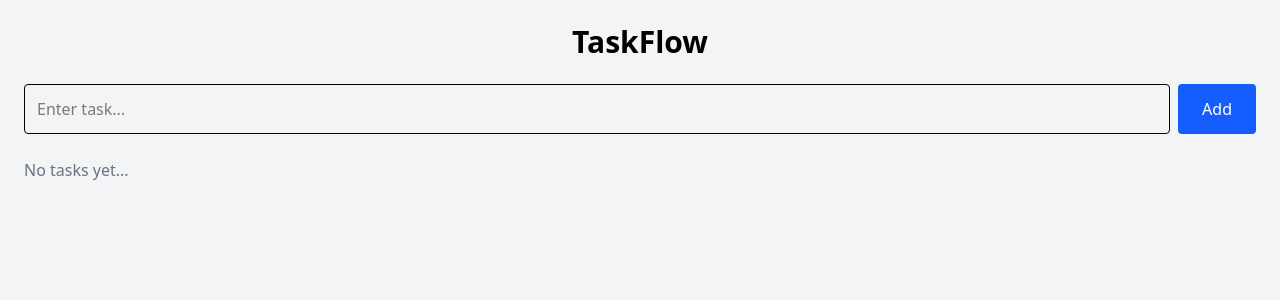
Repository: Manny1294/Taskflow
Page: /
An editor plug-in stored every save of this project. The page is shown before and after the next save, followed by the edit.
The browser window is 1280 px wide. The pictures show the whole page.
The project was rebuilt for these pictures with package versions that can differ from the ones it lists, and the page was loaded fresh each time. Also part of the build but not shown: vite.config.js, src/components/TaskItem.jsx.

Above is the page before, as saved 2026-02-11 07:07:08.

### index.html
<!doctype html>
<html lang="en">
  <head>
    <meta charset="UTF-8" />
    <link rel="icon" type="image/svg+xml" href="/vite.svg" />
    <meta name="viewport" content="width=device-width, initial-scale=1.0" />
    <title>taskflow</title>
  </head>
  <body>
    <div id="root"></div>
    <script type="module" src="/src/main.jsx"></script>
  </body>
</html>

### src/App.jsx
import { useState } from "react";
import TaskForm from "./components/TaskForm";
import TaskList from "./components/TaskList";

function App() {
  const [tasks, setTasks] = useState([]);

  // add task
  function addTask(title) {
    const newTask = {
      id: crypto.randomUUID(),
      title: title,
      status: "todo",
    };

    setTasks([...tasks, newTask]);
  }

  // delete task
  function deleteTask(id) {
    const updated = tasks.filter((task) => task.id !== id);
    setTasks(updated);
  }

  return (
    <div className="min-h-screen bg-gray-100 p-6">
      <h1 className="text-3xl font-bold text-center mb-6">TaskFlow</h1>

      <TaskForm addTask={addTask} />
      <TaskList tasks={tasks} deleteTask={deleteTask} />
    </div>
  );
}

export default App;

### src/components/TaskForm.jsx
import { useState } from "react";

function TaskForm({ addTask }) {
  const [title, setTitle] = useState("");

  function handleSubmit(e) {
    e.preventDefault();

    if (!title.trim()) return;

    addTask(title);
    setTitle("");
  }

  return (
    <form onSubmit={handleSubmit} className="flex gap-2 mb-6">
      <input
        type="text"
        placeholder="Enter task..."
        className="flex-1 border p-3 rounded"
        value={title}
        onChange={(e) => setTitle(e.target.value)}
      />

      <button className="bg-blue-600 text-white px-6 rounded">Add</button>
    </form>
  );
}

export default TaskForm;

### src/components/TaskList.jsx
import TaskItem from "./TaskItem";

export default function TaskList({ tasks, deleteTask }) {
  return (
    <div className="space-y-3">
      {tasks.length === 0 && <p className="text-gray-500">No tasks yet...</p>}

      {tasks.map((task) => (
        <TaskItem key={task.id} task={task} deleteTask={deleteTask} />
      ))}
    </div>
  );
}

Loaded but not shown: src/main.jsx (common file); src/index.css (common file)

After the next save:
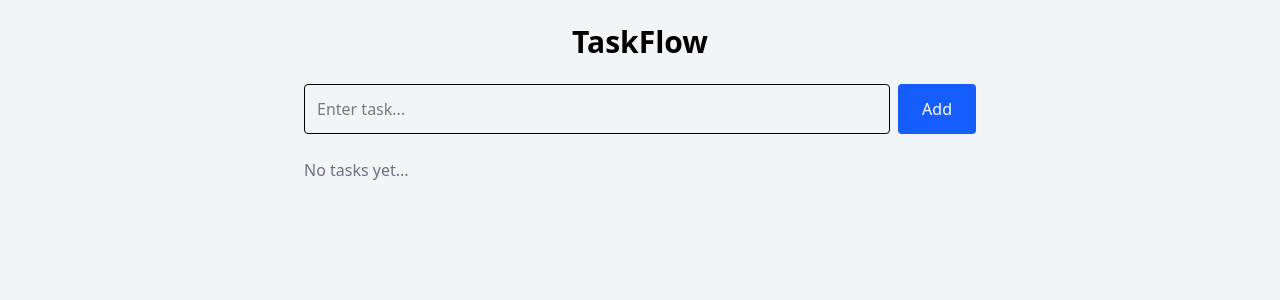
Saved 46 min 22 s later.
--- a/src/App.jsx
+++ b/src/App.jsx
@@ -24,10 +24,16 @@ function App() {
 
   return (
     <div className="min-h-screen bg-gray-100 p-6">
-      <h1 className="text-3xl font-bold text-center mb-6">TaskFlow</h1>
+      {/* Header */}
+      <header className="mb-6">
+        <h1 className="text-3xl font-bold text-center">TaskFlow</h1>
+      </header>
 
-      <TaskForm addTask={addTask} />
-      <TaskList tasks={tasks} deleteTask={deleteTask} />
+      {/* Main content */}
+      <main className="max-w-2xl mx-auto">
+        <TaskForm addTask={addTask} />
+        <TaskList tasks={tasks} deleteTask={deleteTask} />
+      </main>
     </div>
   );
 }
